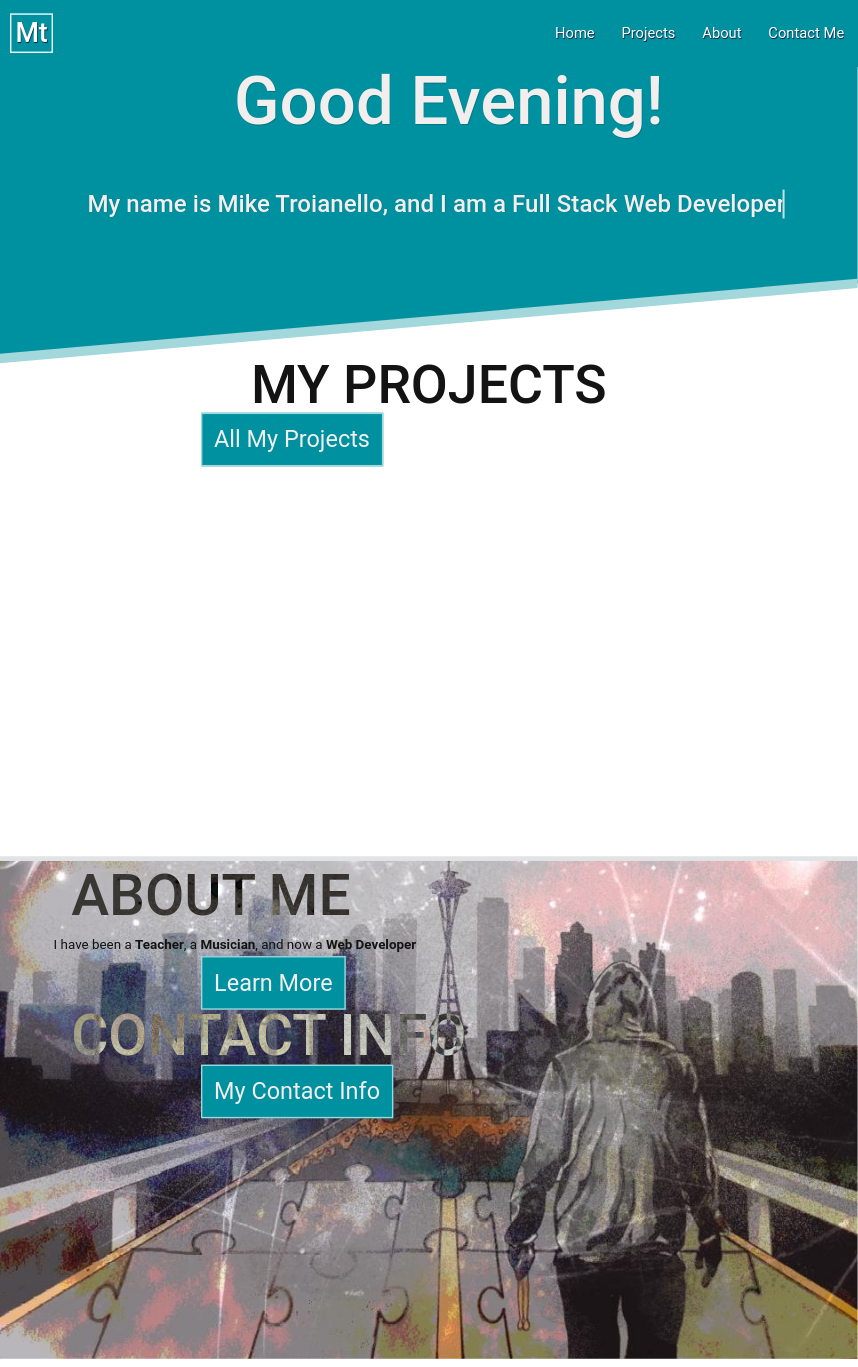
Repository: MikeTroianello/troianello
Page: /
These files come from the project's save history. The page is drawn as it stood at one moment and after the next save; the edit follows.
The browser window is 1280 px wide. The pictures show the whole page, at 67% of full size.
The project was rebuilt for these pictures with package versions that can differ from the ones it lists, and the page was loaded fresh each time. Also part of the build but not shown: src/components/locations/About.js, src/components/cards/RainbowDay.js, src/components/cards/CanvasBubbles.js, src/components/cards/projectCard.css, src/components/cards/projectCardMobile.css, src/components/cards/ProjectCard.js, src/components/locations/Projects.js, src/components/locations/Contact.js and 1 more.

Above is the page before, as saved 2019-08-01 14:37:24.

### public/index.html
<!DOCTYPE html>
<html lang="en">
  <head>
    <meta charset="utf-8" />
    <link rel="shortcut icon" href="%PUBLIC_URL%/favicon.ico" />
    <meta name="viewport" content="width=device-width, initial-scale=1" />
    <meta name="theme-color" content="#000000" />
    <!--
      manifest.json provides metadata used when your web app is installed on a
      user's mobile device or desktop. See https://developers.google.com/web/fundamentals/web-app-manifest/
    -->
    <link rel="manifest" href="%PUBLIC_URL%/manifest.json" />
    <!--
      Notice the use of %PUBLIC_URL% in the tags above.
      It will be replaced with the URL of the `public` folder during the build.
      Only files inside the `public` folder can be referenced from the HTML.

      Unlike "/favicon.ico" or "favicon.ico", "%PUBLIC_URL%/favicon.ico" will
      work correctly both with client-side routing and a non-root public URL.
      Learn how to configure a non-root public URL by running `npm run build`.
    -->
    <title>MIKE TROIANELLO</title>
  </head>
  <body>
    <noscript>You need to enable JavaScript to run this app.</noscript>
    <div id="root"></div>
  </body>
</html>

### src/App.js
import React, { Component } from 'react';
import { BrowserRouter as Router, Route, Switch } from 'react-router-dom';
import Header from './components/Header';
import Home from './components/locations/Home';
import About from './components/locations/About';
import Projects from './components/locations/Projects';
import Contact from './components//locations/Contact';
import NotFound from './components/locations/NotFound';
import Greet from './components/context-sensitive/Greet.js';
import './App.css';

class App extends Component {
  // state = {
  //   header: '',
  //   hours: new Date().getHours()
  // };

  // componentDidMount() {
  //   window.addEventListener('scroll', this.handleScroll);
  // }

  // componentWillUnmount() {
  //   window.removeEventListener('scroll', this.handleScroll);
  // }

  // handleScroll = event => {
  //   let scrollTop = event.srcElement.body.scrollTop;
  //   console.log(window.scrollY);
  //   // if(window.scrollY > 200 && this.state.header) {
  //   if (window.scrollY < 88) {
  //     this.setState({ header: '' });
  //     console.log(this.state.header);
  //   }
  //   if (window.scrollY > 88 && window.scrollY < 502) {
  //     this.setState({ header: <Greet classname='header-greet' /> });
  //     console.log(this.state.header);
  //   }
  //   if (window.scrollY > 503 && window.scrollY < 1266) {
  //     this.setState({ header: 'My Projects' });
  //     console.log(this.state.header);
  //   }
  //   if (window.scrollY > 1267) {
  //     this.setState({ header: 'About Me' });
  //     console.log(this.state.header);
  //   }
  // };

  render() {
    return (
      <div className='App'>
        <Router>
          {/* <Header showHeader={this.state.header} /> */}
          <Header />
          <div>
            <Switch>
              <Route exact path='/' component={Home} />
              <Route exact path='/about' component={About} />
              <Route exact path='/projects' component={Projects} />
              <Route exact path='/contact' component={Contact} />
              <Route component={NotFound} />
            </Switch>
          </div>
        </Router>
      </div>
    );
  }
}

export default App;

### src/components/Header.js
import React, { Component } from 'react';
import { Link } from 'react-router-dom';
import Greet from '../components/context-sensitive/Greet.js';

export default class Header extends Component {
  render() {
    // let headerClass = this.props.showHeader ? 'header' : 'header transition';
    // if(this.props.showHeader == "time"){
    //   this.props.showHeader = <Greet/>
    // }
    /* <div className={headerClass}> */
    return (
      <div className='header'>
        <div className='links'>
          {/* <div className='logo'>
            <Link to='/'>Mt</Link>
          </div> */}
          <Link to='/' className='logo-2'>
            <h1 className='mt-logo'>Mt</h1>
          </Link>
          <div>{this.props.showHeader}</div>

          <div className='individual-link'>
            <Link to='/'>Home</Link>
          </div>
          <div className='individual-link'>
            <Link to='/projects'>Projects</Link>
          </div>
          <div className='individual-link'>
            <Link to='/about'>About</Link>
          </div>
          <div className='individual-link test'>
            <Link to='/contact'>Contact Me</Link>
          </div>
        </div>
      </div>
    );
  }
}

### src/components/locations/Home.js
import React, { Component } from 'react';
import { Link } from 'react-router-dom';
import Greet from '../context-sensitive/Greet';

export default class Home extends Component {
  render() {
    // let date = new Date();
    // let hours = date.getHours();
    return (
      <div className='home-bg'>
        <div className='home-top'>
          <Greet hours={this.props.hours} />
          <h2 className='home-typewriter-setup home-typewriter-animation'>
            My name is Mike Troianello, and I am a Full Stack Web Developer.
          </h2>
        </div>
        <div className='home-fade1' />
        <div className='home-projects'>
          <h1>MY PROJECTS</h1>
          <div className='link'>
            <Link to='/projects'>All My Projects</Link>
          </div>
        </div>
        <div className='home-fade2' />
        <div className='home-about'>
          <h1 className='home-album-text'>ABOUT ME</h1>
          <p>
            I have been a <strong>Teacher</strong>, a <strong>Musician</strong>,
            and now a <strong>Web Developer</strong>
          </p>
          <div className='link'>
            <Link to='/about'>Learn More</Link>
          </div>
          <h1 className='home-album-text'>CONTACT INFO</h1>
          <div className='link'>
            <Link to='/contact'>My Contact Info</Link>
          </div>
        </div>
      </div>
    );
  }
}

### src/components/context-sensitive/Greet.js
import React, { Component } from 'react';

export default class Greed extends Component {
  render() {
    console.log(this.props.hours);
    const { hours } = this.props;
    function greeting() {
      console.log();
      if (hours < 12) {
        return 'Good Morning!';
      } else if (hours >= 12 && hours < 18) {
        return 'Good Afternoon!';
      } else {
        return 'Good Evening!';
      }
    }
    return (
      <div>
        <h1>{greeting()}</h1>
      </div>
    );
  }
}

### src/App.css
:root {
  --off-black: #131313;
  --off-white: #f2eeee;
}

.App {
  font-family: 'roboto';
}
@import url('https://fonts.googleapis.com/css?family=Chivo&display=swap');
@import url('https://fonts.googleapis.com/css?family=Roboto&display=swap');
@import url('https://fonts.googleapis.com/css?family=Exo+2:800&display=swap');

.App-header {
  background-color: #282c34;
  min-height: 100vh;
  display: flex;
  flex-direction: column;
  /* align-items: center; */
  justify-content: center;
  font-size: calc(10px + 2vmin);
  /* color: white; */
}

/* .App-link {
  color: #61dafb;
} */

body {
  padding-top: 47px;
}

div {
  font-size: 20px;
}

p {
  margin-left: 4em;
  color: var(--off-black);
}

/* HEADER */

.header {
  background-color: #0091a0;
  /* background-color: #192e6c; */
  overflow: hidden;
  position: fixed;
  top: 0;
  width: 100%;
  height: 100px;
  z-index: 1;
  transition: all 0.5s;
}

.header.transition {
  transition: all 0.5s;
}

.header a {
  text-decoration: none;
  font-family: 'roboto';
  color: white;
  text-shadow: 1px 1px 1px #002145;
  font-size: 1.1em;
}

/* HOME PAGE */

/* .home-bg {
  height: 300vh;
} */

.link {
  margin-left: 15em;
}

.link a {
  color: var(--off-white);
  background-color: #0091a0;
  border-style: solid;
  border-color: #a2d7dc;
  border-width: 2px;
  font-size: 1.75em;
  padding: 0.5em;
  /* border-radius: 5px; */
}

.home-top {
  background-color: #0091a0;
  height: 65vh;
  width: 100%;
  transform: skewY(-5deg);
  margin-top: -5vh;
  padding: 0;
}

.home-top h1 {
  text-align: center;
  color: var(--off-white);
  font-size: 5em;
  padding-left: 0.6em;
  padding-top: 0.8em;
  margin-bottom: 0;
  padding-bottom: 0;
  transform: skewY(5deg);
  text-shadow: 1px 1px 1px #007783;
}

.home-top h2 {
  text-align: center;
  color: var(--off-white);
  padding-left: 0.6em;
  margin-bottom: 0;
  padding-bottom: 0;
  transform: skewY(5deg);
  text-shadow: 1px 1px 1px #007783;
}

.home-typewriter-setup {
  /* position: relative;
    width: 29em;
    margin: 0 auto;
    text-align: center;
    white-space: nowrap;
    overflow: hidden; */
  position: relative;
  width: 24em;
  margin: 10vh auto;
  border-right: 3px solid rgba(255, 255, 255, 0.75);
  font-size: 180%;
  text-align: center;
  white-space: nowrap;
  overflow: hidden;
}

.home-typewriter-animation {
  animation: typewriter 4s steps(65) 1s 1 normal both,
    blinkTextCursor 1000ms steps(40) infinite normal;
}

@keyframes typewriter {
  from {
    width: 0;
  }
  to {
    width: 29.5em;
  }
}
@keyframes blinkTextCursor {
  from {
    border-right-color: rgba(255, 255, 255, 0.75);
  }
  to {
    border-right-color: transparent;
  }
}

.home-fade1 {
  height: 2vh;
  width: 100%;
  background-color: #a2d7dc;
  transform: skewY(-5deg);
  margin-top: -1vh;
}

.home-fade2 {
  height: 1vh;
  width: 100%;
  background-color: #e1e3e5;
  /* margin-top: -1vh; */
}

.home-about {
  height: 105vh;
  background: url('./components/images/pics/album-pics/thumbnail-3.jpg')
    no-repeat;
  background-size: 100% auto;
  background-position: 0 -30vh;
  /* background-repeat: no-repeat; */
  /* background-color: #909a9f; */
}

.home-about h1 {
  color: var(--off-white);
  font-size: 4.25em;
  margin-left: 1.25em;
}

.home-projects {
  font-size: 2em;
  padding-top: 1em;
  height: 110vh;
}

.home-projects h1 {
  color: var(--off-black);
  font-size: 2em;
  text-align: center;
}

.home-album-text {
  mix-blend-mode: difference;

  /* mix-blend-mode: exclusion; */
}

.home-contact {
  height: 50vh;
}

.home-contact h1 {
  font-size: 4.5em;
  margin-left: 1em;
  color: var(--off-white);
}

/* ABOUT PAGE */

.about {
  /* background-color: #0091a0; */
  background-color: #1c7787;
  color: var(--off-white);
  /* height: 92.9vh; */
  /* height: 125vh; */
  /* overflow: hidden; */
  /* margin-top: 1em; */
  padding-top: 3em;
  text-align: center;
}

.about p {
  color: var(--off-white);
}

/* .about h4 {
  text-align: center;
} */

.about ul > li {
  list-style: none;
  font-size: 1em;
  /* text-align: center; */
}

/* PROJECTS PAGE */

.projects {
  background-color: #1c7787;
  color: var(--off-white);
  /* height: 104vh; */
  /* margin-top: -3em; */
  padding-top: 3em;
  overflow: hidden;
}

.project-box {
  display: flex;
  flex-wrap: wrap;
  justify-content: space-around;
  text-decoration: none;
  /* margin: 1vh 0; */
}

/* .project-box :hover {
  background: rgba(0, 0, 0, 1);
} */

.projects-title {
  text-align: center;
}

.projects-technologies {
  padding: 10vh 0 0 1.33vw;
  background-color: #1c7787;
  border-right: 1.5px solid black;
}

/* CONTACT PAGE */

.contact-page {
  background-color: #1c7787;
  color: var(--off-white);
  height: 101.8vh;
  overflow: hidden;
  margin-top: -3em;
  padding-top: 3em;
}

.contact-page h1 {
  margin: 8vh;
}

/* .contact-side-one {
} */

.contact-side-one-box {
  border: 2px solid #113f5e;
  background-color: rgba(137, 215, 229, 0.7);
  text-align: center;
  margin-left: 1vw;
  padding-bottom: 5px;
}

.contact-number {
  color: var(--off-black);
}

.contact-center {
  text-align: center;
  margin-bottom: 4vh;
}

.contact-center-one {
  text-align: center;
  margin-bottom: 4vh;
  margin-left: 1vw;
}

.contact-center-two {
  text-align: center;
  margin-bottom: 4vh;
}

.or {
  margin-top: -15vh;
  display: flex;
  justify-content: center;
  align-items: center;
  font-size: 3.8em;
  color: var(--off-white);
}

/* .contact-side-two{
  display: flex;
} */

.contact-message {
  flex-direction: column;
  /* align-items:center; */
  display: flex;
}

.contact-message-input {
  width: 90%;
}

.contact-button {
  width: 30%;
  border: 1px solid gray;
  border-radius: 10px;
  color: var(--off-black);
  background: var(--off-white);
  margin-left: 32%;
}

/* COLOR SCHEME REMAINING CLASSES DON'T DELETE YET!!!! */

/* .container-fluid {
  height: 500px;
} */

/* .row {
  height: 500px;
} */

.links {
  display: flex;
  justify-content: flex-end;
  align-items: center;
}

.individual-link {
  margin: 0 1em;
}

/* logo */

.logo {
  color: white;
  padding: 1px 6px;
  font-size: 1.35em;
  font-weight: bold;
  border-style: solid;
  border-color: White;
  border-width: 2px;
  margin: 20px auto 20px 15px;
}

.logo-2 {
  color: white;
  padding: 1px 6px 0;
  font-weight: bold;
  border-style: solid;
  border-color: White;
  border-width: 2px;
  margin: 20px auto 20px 15px;
}

.mt-logo {
  margin: 3px 0;
}

.react {
  animation-name: spin;
  animation-duration: 35s;
  animation-iteration-count: infinite;
  animation-timing-function: linear;
}

@keyframes spin {
  from {
    transform: rotate(0deg);
  }
  to {
    transform: rotate(360deg);
  }
}

table,
th,
td {
  border: 2px solid black;
}

td {
  font-size: 2em;
}

/* SKILLS TABLE */

#table-div {
  display: flex;
  justify-content: center;
}

.about-skills-table {
  display: flex;
  flex-wrap: wrap;
  justify-content: center;
}

.about-skills-individual {
  border: 2px solid black;
  font-size: 1.6em;
}

.about-skills-name {
  margin-right: 0.5vw;
}

/* ICONS */

.icons {
  margin: 2vh 0.5vw 3.1vh;
}

.mongo {
  height: 63px;
  width: 79px;
  margin: -12px -23px -3px;
  padding: 0;
}

/* ABOUT PAGE */

.about-side-one {
  padding-right: 3.1vw;
  padding-bottom: 5vh;
  border-right: 1px solid black;
  /* height: 75vh; */
}

.about-side-2 {
  margin-left: -2vw;
}

.about-my-life {
  margin: 4.25vh 0 5vh;
}

.about-soundcloud-embed {
  margin-left: 4.3vw;
}

Loaded but not shown: src/index.js (common file); src/index.css (common file); src/serviceWorker.js (common file)

After the next save:
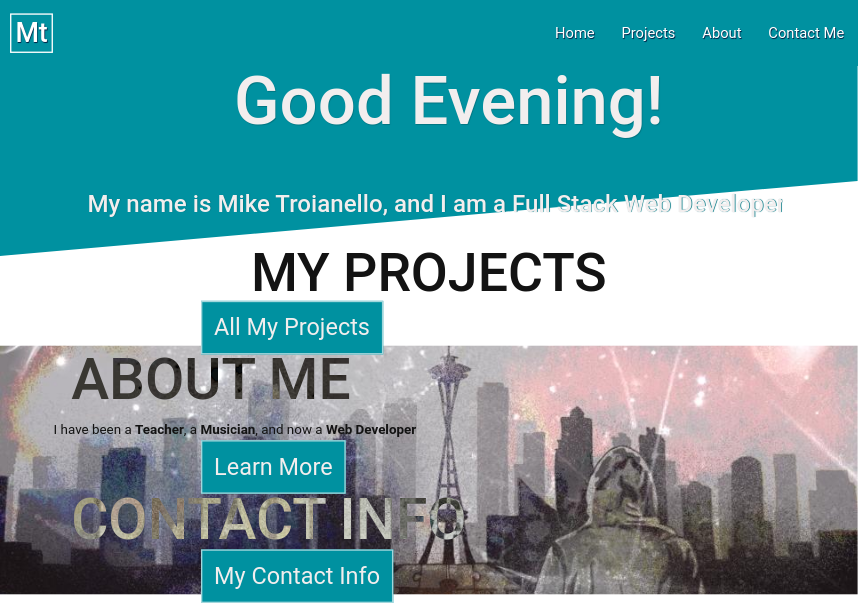
Saved 97 s later.
--- a/src/App.css
+++ b/src/App.css
@@ -47,7 +47,7 @@
   position: fixed;
   top: 0;
   width: 100%;
-  height: 100px;
+  /* height: 100px; CHANGE BACK */
   z-index: 1;
   transition: all 0.5s;
 }
@@ -87,7 +87,7 @@
 
 .home-top {
   background-color: #0091a0;
-  height: 65vh;
+  /* height: 65vh; CHANGE */
   width: 100%;
   transform: skewY(-5deg);
   margin-top: -5vh;
@@ -156,7 +156,7 @@
 }
 
 .home-fade1 {
-  height: 2vh;
+  /* height: 2vh; CHANGE */
   width: 100%;
   background-color: #a2d7dc;
   transform: skewY(-5deg);
@@ -164,14 +164,14 @@
 }
 
 .home-fade2 {
-  height: 1vh;
+  /* height: 1vh; CHANGE */
   width: 100%;
   background-color: #e1e3e5;
   /* margin-top: -1vh; */
 }
 
 .home-about {
-  height: 105vh;
+  /* height: 105vh; CHANGE */
   background: url('./components/images/pics/album-pics/thumbnail-3.jpg')
     no-repeat;
   background-size: 100% auto;
@@ -189,7 +189,7 @@
 .home-projects {
   font-size: 2em;
   padding-top: 1em;
-  height: 110vh;
+  /* height: 110vh; CHANGE */
 }
 
 .home-projects h1 {
@@ -205,7 +205,7 @@
 }
 
 .home-contact {
-  height: 50vh;
+  /* height: 50vh; */
 }
 
 .home-contact h1 {
@@ -280,7 +280,7 @@
 .contact-page {
   background-color: #1c7787;
   color: var(--off-white);
-  height: 101.8vh;
+  /* height: 101.8vh; CHANGE */
   overflow: hidden;
   margin-top: -3em;
   padding-top: 3em;
@@ -455,7 +455,7 @@
 }
 
 .mongo {
-  height: 63px;
+  /* height: 63px; CHANGE */
   width: 79px;
   margin: -12px -23px -3px;
   padding: 0;

After the save that followed:
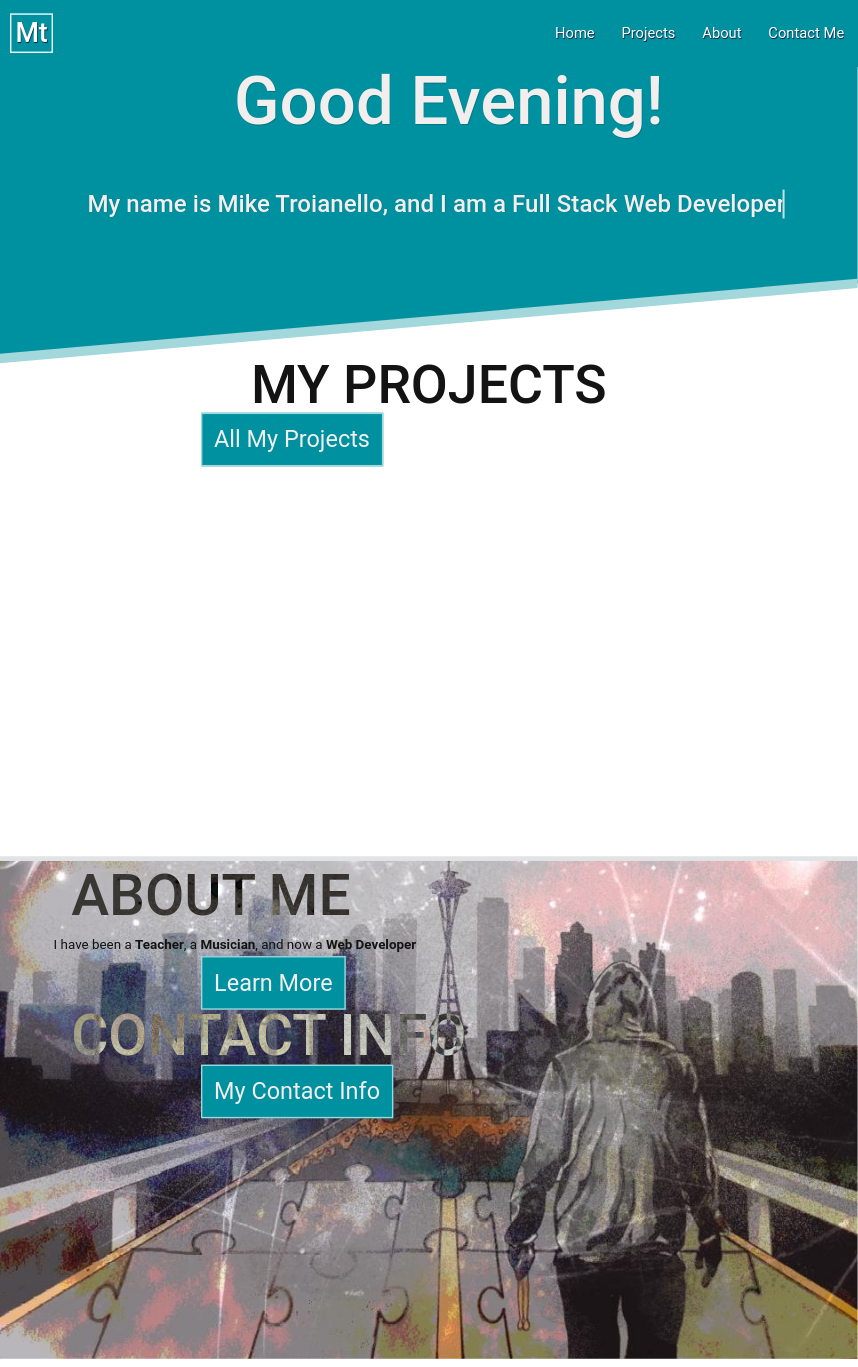
Saved 42 s later.
--- a/src/App.css
+++ b/src/App.css
@@ -47,7 +47,7 @@
   position: fixed;
   top: 0;
   width: 100%;
-  /* height: 100px; CHANGE BACK */
+  height: 100px;
   z-index: 1;
   transition: all 0.5s;
 }
@@ -87,7 +87,7 @@
 
 .home-top {
   background-color: #0091a0;
-  /* height: 65vh; CHANGE */
+  height: 65vh;
   width: 100%;
   transform: skewY(-5deg);
   margin-top: -5vh;
@@ -156,7 +156,7 @@
 }
 
 .home-fade1 {
-  /* height: 2vh; CHANGE */
+  height: 2vh;
   width: 100%;
   background-color: #a2d7dc;
   transform: skewY(-5deg);
@@ -164,14 +164,14 @@
 }
 
 .home-fade2 {
-  /* height: 1vh; CHANGE */
+  height: 1vh;
   width: 100%;
   background-color: #e1e3e5;
   /* margin-top: -1vh; */
 }
 
 .home-about {
-  /* height: 105vh; CHANGE */
+  height: 105vh;
   background: url('./components/images/pics/album-pics/thumbnail-3.jpg')
     no-repeat;
   background-size: 100% auto;
@@ -189,7 +189,7 @@
 .home-projects {
   font-size: 2em;
   padding-top: 1em;
-  /* height: 110vh; CHANGE */
+  height: 110vh;
 }
 
 .home-projects h1 {
@@ -205,7 +205,7 @@
 }
 
 .home-contact {
-  /* height: 50vh; */
+  height: 50vh;
 }
 
 .home-contact h1 {
@@ -280,7 +280,7 @@
 .contact-page {
   background-color: #1c7787;
   color: var(--off-white);
-  /* height: 101.8vh; CHANGE */
+  height: 101.8vh;
   overflow: hidden;
   margin-top: -3em;
   padding-top: 3em;
@@ -455,7 +455,7 @@
 }
 
 .mongo {
-  /* height: 63px; CHANGE */
+  height: 63px;
   width: 79px;
   margin: -12px -23px -3px;
   padding: 0;
